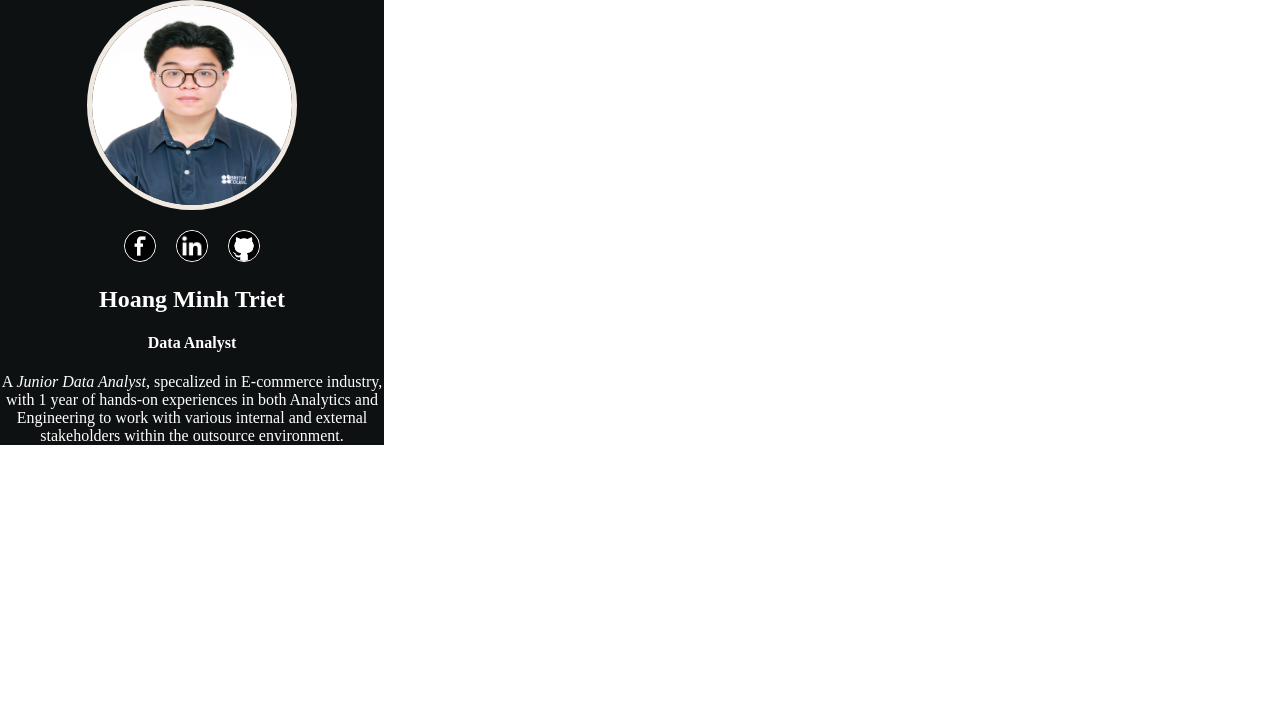
Repository: MinnTrit/personal_website
Page: http://localhost/
These files come from the project's save history. The page is drawn as it stood at one moment and after the next save; the edit follows.
The browser window is 1280 px wide. The pictures show the whole page.
The page is served by the project's application, run on Flask 3 (app.py).

Above is the page before, as saved 2025-01-29 09:31:29.

### templates/index.html
<!DOCTYPE html>
<html lang="en">
<head>
    <meta charset="UTF-8">
    <meta name="viewport" content="width=device-width, initial-scale=1.0">
    <link rel="stylesheet" href="{{ url_for('static', filename='css/styles.css') }}">
    <title>Data Engineer - Hoang Minh Triet</title>
</head>
<body>
    <nav class="navbar">

    </div>
    <div class="picture">
        <img src="{{ url_for('static', filename='imgs/personal_image.jpg') }}" alt="personalImage">
        <div class="information">
            <a href="https://www.facebook.com/minhtriet05042003/" target="_blank">
                <img class="facebook" src="{{ url_for('static', filename='imgs/facebook.jpg') }}" alt="facebook">
            </a>
            <a href="https://www.linkedin.com/in/minchit0504/" target="_blank">
                <img class="linkedin" src="{{ url_for('static', filename='imgs/linkedin-logo.png') }}" alt="linkedin">
            </a>
            <a href="https://www.linkedin.com/in/minchit0504/" target="_blank">
                <img class="github" src="{{ url_for('static', filename='imgs/github.png') }}" alt="github">
            </a>
        </div>
        <div class="pictureText">
            <h2>Hoang Minh Triet</h2>
            <h4>Data Analyst</h4>
            <p>A <em>Junior Data Analyst</em>, specalized in E-commerce industry, with 1 year of hands-on experiences in both Analytics and Engineering to work with various internal and external stakeholders within the outsource environment.</p>
        </div>
    </div>
</body>
</html>

### app.py
from flask import Flask, request, render_template
app = Flask(__name__)
app.debug=True
#Initialize common variables
@app.route('/', methods=['GET', 'POST'])
def index():
    if request.method == 'GET':
        return render_template('index.html')

if __name__ == '__main__':
    app.run(host='0.0.0.0', port=5002, debug=True)

### static/css/styles.css
html, body {
    height: 100%;
    margin: 0;
    color: white;
}

.picture {
    background-color:#0e1111;
    width: 30%;
    height: 100%;
}

.picture img {
    display: block;
    width: 200px;
    height: 200px;
    margin-left: auto;
    margin-right: auto;
    border-radius: 50%;
    border: 5px solid;
    border-color:#efe9e2;
}

.picture .pictureText {
    text-align: center;
    transform: translateY(100%);
    opacity: 0;
    animation: slideInFromBottom 1s ease-in-out forwards;
}

@keyframes slideInFromBottom {
    0% {
        transform: translateY(100%);
        opacity: 0;
    }
    100% {
        transform: translateY(0);
        opacity: 1;
    }
}


.sections {
    display: flex;
    justify-content: right;
    position: absolute;
    top: 0;
    right: 0;
    background-color:#3b444b;
    width: 70%;
    height: 100%;
    gap: 50px;
}

.sections .h2 {
    display: inline-block;
}

.information {
    margin-top: 20px;
    display: flex;
    justify-content: center;
    gap: 20px;
}

.information img {
    width: 30px;
    height: 30px;
    display: inline-block;
    border: 1px solid;
    border-color: white;
}

.information img:hover {
    opacity:1.0;
}

After the next save:
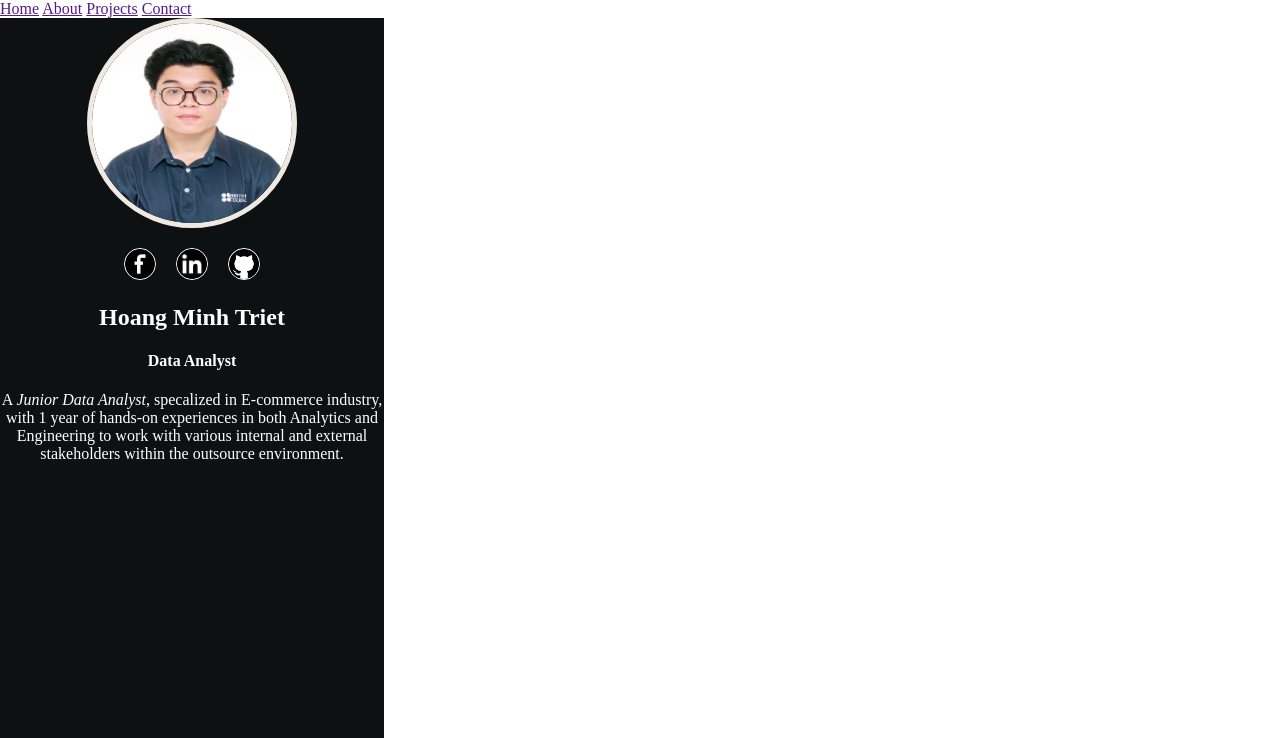
Saved 2 min 40 s later.
--- a/templates/index.html
+++ b/templates/index.html
@@ -8,8 +8,11 @@
 </head>
 <body>
     <nav class="navbar">
-
-    </div>
+        <a href="">Home</a>
+        <a href="">About</a>
+        <a href="">Projects</a>
+        <a href="">Contact</a>
+    </nav>
     <div class="picture">
         <img src="{{ url_for('static', filename='imgs/personal_image.jpg') }}" alt="personalImage">
         <div class="information">
